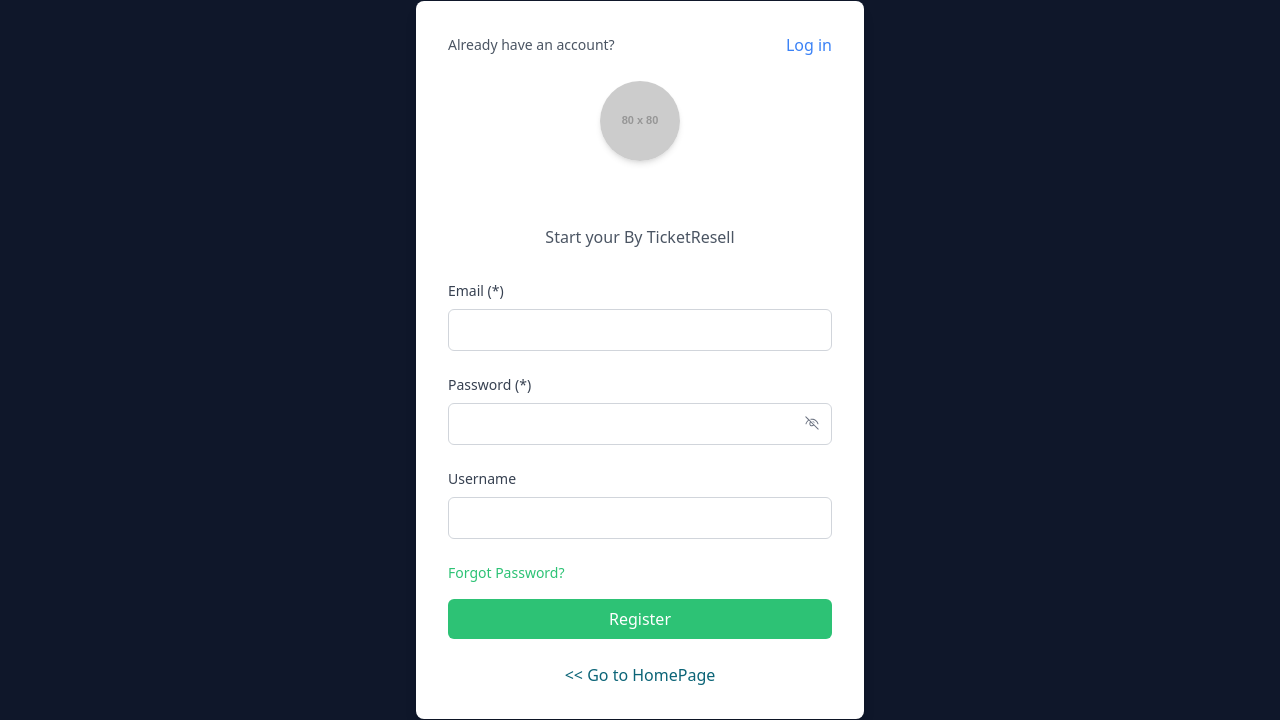
Repository: DatVX02/SWD392--ChienNV33
Page: /register (app in FE/ticket-reused/)
An editor plug-in stored every save of this project. The page is shown before and after the next save, followed by the edit.
The browser window is 1280 px wide. The pictures show the whole page.
The project was rebuilt for these pictures with package versions that can differ from the ones it lists, and the page was loaded fresh each time. Also part of the build but not shown: FE/ticket-reused/vite.config.js, FE/ticket-reused/src/components/banner/Banner.jsx, FE/ticket-reused/src/components/layout/Header.jsx, FE/ticket-reused/src/components/banner/SearchBar.jsx, FE/ticket-reused/src/components/button/Button.jsx, FE/ticket-reused/src/components/loading/LoadingSkeleton.jsx, FE/ticket-reused/src/components/ticket/TicketCard.jsx, FE/ticket-reused/src/components/ticket/TicketList.jsx and 3 more.

Above is the page before, as saved 2024-10-09 22:19:39.

### FE/ticket-reused/src/main.jsx
// main.jsx
import React from "react";
import { createRoot } from "react-dom/client";
import "./index.css";
import { BrowserRouter } from "react-router-dom";
import Layout from "./Layout";

createRoot(document.getElementById("root")).render(
  <React.StrictMode>
    <BrowserRouter>
      <Layout />
    </BrowserRouter>
  </React.StrictMode>
);

### FE/ticket-reused/src/index.css
@tailwind base;
@tailwind components;
@tailwind utilities;

@layer base {
  body {
    @apply px-5 text-white bg-slate-900;
  }

  .font-body {
    font-family: 'YourCustomFont', sans-serif;
  }
}

@layer components {
  .page-container {
    max-width: 1280px;
    @apply mx-auto;
  }

  .ticket-list .swiper-slide {
    width: 300px;
    height: auto;
  }
  .banner .swiper {
    height: 100%;
  }
}
/* .pagination{
  display: flex;
  align-items: center;
  justify-content: center;
  gap: 20px;
  .selected {
    @apply text-primary;
  }
  .skeleton {
    background-color: #eee;
    background-image: linear-gradient(
      110deg,
      #ececec 8%,
      #f5f5f5 18%,
      #ececec 35%
    );
    background-size: 200% 100%;
    animation: 1.5s shine linear infinite;
  }

} */

### FE/ticket-reused/src/Layout.jsx
import { Route, Routes } from "react-router-dom";
import App from "./App";
// import HomePage from "./components/page/HomePage";
import Login from "./components/Auther/Login";
import Register from "./components/Auther/Register";
// import CardPage from "./components/page/CardPage";

const Layout = () => {
  const NotFound = () => {
    return (
      <div className="container px-4 py-3 mx-auto my-4 mt-3 text-red-700 bg-red-100 border border-red-400 rounded">
        404. Not found data with current URL
      </div>
    );
  };
  return (
    <>
      <Routes>
        <Route path="/" element={<App />}></Route>

        <Route path="/login" element={<Login />} />
        <Route path="/register" element={<Register />} />
        <Route path="*" element={<NotFound />} />
      </Routes>
    </>
  );
};

export default Layout;

### FE/ticket-reused/src/components/Auther/Register.jsx
import { useState } from "react";
import { useNavigate } from "react-router-dom";
import { VscEye, VscEyeClosed } from "react-icons/vsc";

const Register = () => {
  const [email, setEmail] = useState("");
  const [password, setPassword] = useState("");
  const [username, setUsername] = useState("");
  const [errorMessage, setErrorMessage] = useState(""); // New state for error messages
  const navigate = useNavigate();

  const [isShowPassword, setIsShowPassword] = useState(false);

  const validateEmail = (email) => {
    return String(email)
      .toLowerCase()
      .match(
        /^(([^<>()[\]\\.,;:\s@"]+(\.[^<>()[\]\\.,;:\s@"]+)*)|.(".+"))@((\[[0-9]{1,3}\.[0-9]{1,3}\.[0-9]{1,3}\.[0-9]{1,3}\])|(([a-zA-Z\-0-9]+\.)+[a-zA-Z]{2,}))$/
      );
  };

  const handleRegister = async () => {
    // Reset error message
    setErrorMessage("");

    // Validate email
    const isValidEmail = validateEmail(email);
    if (!isValidEmail) {
      setErrorMessage("Invalid email format");
      return;
    }

    if (!password) {
      setErrorMessage("Password is required");
      return;
    }

    // Handle successful registration (replace with your API logic)
    setErrorMessage(""); // Clear error if successful

    // Example: Redirect to login page
    navigate("/login");
  };

  return (
    <div className="flex flex-col items-center justify-center min-h-screen">
      <div className="w-full max-w-md p-8 bg-white rounded-lg shadow-lg">
        {/* Header */}
        <div className="flex items-center justify-between mb-6">
          <span
            className="text-sm text-gray-600 cursor-pointer hover:underline"
            onClick={() => navigate("/login")}
          >
            Already have an account?
          </span>
          <button
            onClick={() => navigate("/login")}
            className="font-medium text-blue-500 hover:underline hover:text-primary"
          >
            Log in
          </button>
        </div>

        {/* Avatar */}
        <div className="flex justify-center mb-4">
          <img
            src="https://via.placeholder.com/80"
            alt="User Avatar"
            className="w-20 h-20 rounded-full shadow-md"
          />
        </div>

        {/* Title */}
        <h1 className="mb-4 text-2xl font-semibold text-center">
          TicketResell
        </h1>
        <p className="mb-8 text-center text-gray-600">
          Start your By TicketResell
        </p>

        {/* Error Message */}
        {errorMessage && (
          <div className="mb-4 text-center text-red-500">{errorMessage}</div>
        )}

        {/* Content Form */}
        <div className="space-y-6">
          {/* Email Field */}
          <div className="flex flex-col">
            <label className="mb-2 text-sm font-medium text-gray-700">
              Email (*)
            </label>
            <input
              type="email"
              className="p-2 text-black border border-gray-300 rounded-md focus:ring-blue-500 focus:border-blue-500"
              value={email}
              onChange={(e) => setEmail(e.target.value)}
            />
          </div>

          {/* Password Field */}
          <div className="relative flex flex-col">
            <label className="mb-2 text-sm font-medium text-black text-gray-700">
              Password (*)
            </label>
            <input
              type={isShowPassword ? "text" : "password"}
              className="p-2 border border-gray-300 rounded-md focus:ring-blue-500 focus:border-blue-500"
              value={password}
              onChange={(e) => setPassword(e.target.value)}
            />
            <span
              className="absolute text-gray-500 cursor-pointer right-3 top-10"
              onClick={() => setIsShowPassword(!isShowPassword)}
            >
              {isShowPassword ? <VscEye /> : <VscEyeClosed />}
            </span>
          </div>

          {/* Username Field */}
          <div className="flex flex-col">
            <label className="mb-2 text-sm font-medium text-gray-700">
              Username
            </label>
            <input
              type="text"
              className="p-2 text-black border border-gray-300 rounded-md focus:ring-blue-500 focus:border-blue-500"
              value={username}
              onChange={(e) => setUsername(e.target.value)}
            />
          </div>

          {/* Forgot Password */}
          <div className="flex flex-col space-y-4">
            <span
              className="text-sm cursor-pointer text-primary hover:underline"
              onClick={() => navigate("/forgot-password")}
            >
              Forgot Password?
            </span>

            {/* Submit Button */}
            <button
              className="px-4 py-2 text-white transition duration-300 rounded-md bg-primary hover:bg-secondary"
              onClick={handleRegister}
            >
              Register
            </button>
          </div>

          {/* Back to Home */}
          <div className="mt-4 text-center">
            <span
              className="cursor-pointer text-secondary hover:underline"
              onClick={() => navigate("/")}
            >
              &#60;&#60; Go to HomePage
            </span>
          </div>
        </div>
      </div>
    </div>
  );
};

export default Register;

### FE/ticket-reused/tailwind.config.js
/** @type {import('tailwindcss').Config} */
export default {
  content: [
    "./src/**/*.{js,jsx,ts,tsx}", // Điều chỉnh theo đường dẫn tệp dự án của bạn
  ],
  theme: {
    extend: {
      fontFamily: {
        body: ["YourCustomFont", "sans-serif"],
      },
      colors: {
        primary: "#2DC275",
        secondary: "#0B6477",
      },
    },
  },
  plugins: [],
};

Loaded but not shown: FE/ticket-reused/index.html (common file)

After the next save:
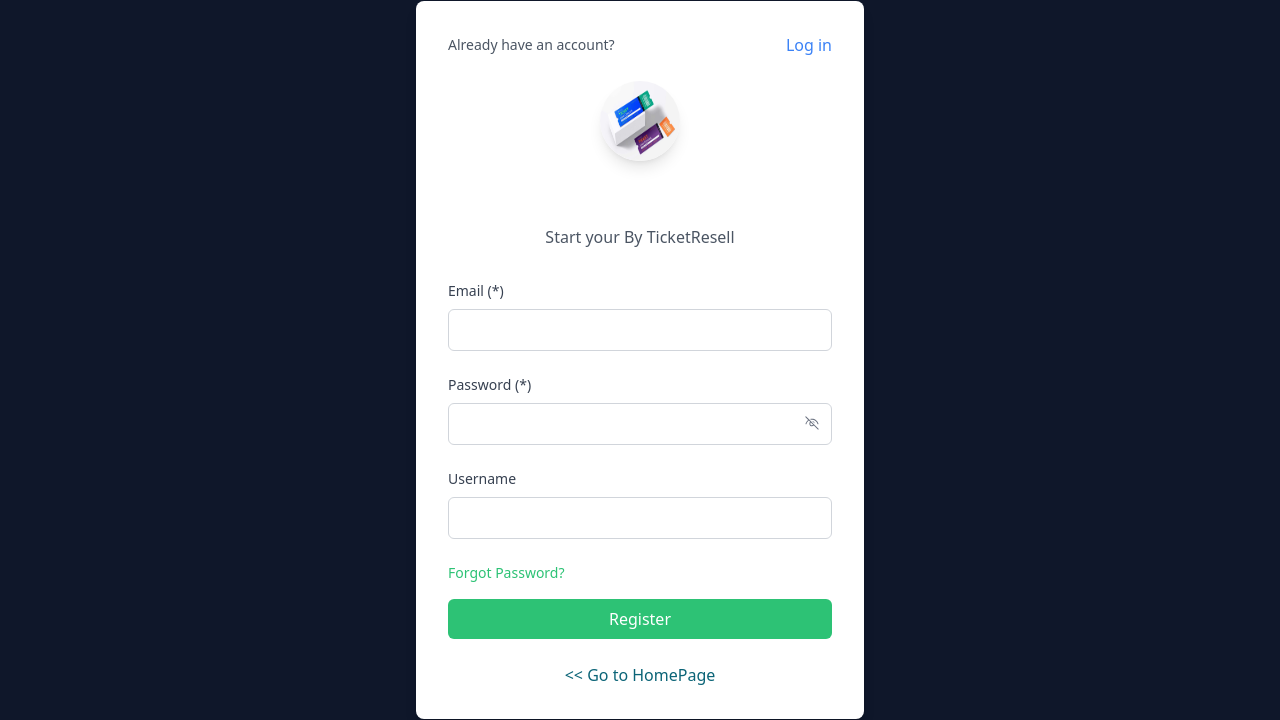
Saved 63 s later.
--- a/FE/ticket-reused/src/components/Auther/Register.jsx
+++ b/FE/ticket-reused/src/components/Auther/Register.jsx
@@ -1,6 +1,7 @@
 import { useState } from "react";
 import { useNavigate } from "react-router-dom";
 import { VscEye, VscEyeClosed } from "react-icons/vsc";
+import LogoTicket from "@/assets/image/LogoTicket.png";
 
 const Register = () => {
   const [email, setEmail] = useState("");
@@ -64,9 +65,9 @@
         {/* Avatar */}
         <div className="flex justify-center mb-4">
           <img
-            src="https://via.placeholder.com/80"
-            alt="User Avatar"
-            className="w-20 h-20 rounded-full shadow-md"
+            src={LogoTicket}
+            alt="Logo"
+            className="w-20 h-20 rounded-full shadow-lg"
           />
         </div>
 
